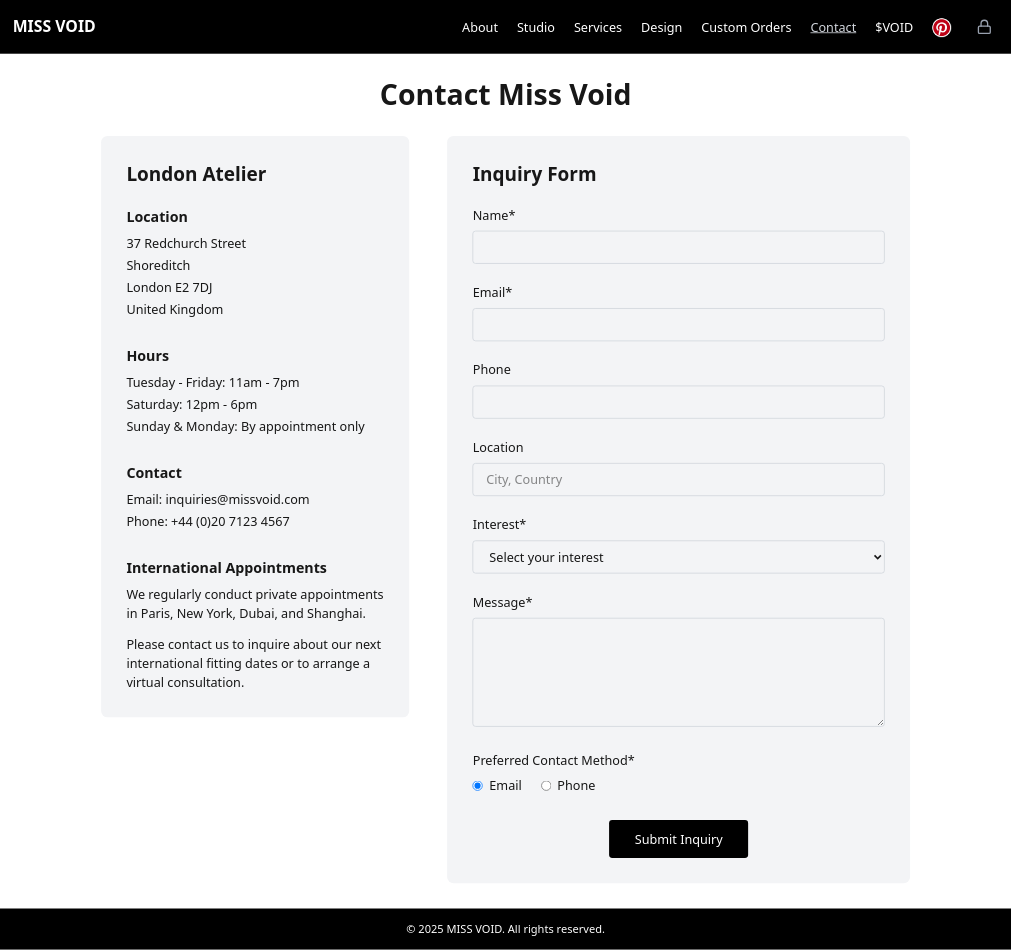
Repository: b0ase/missvoid2
Page: /contact
An editor plug-in stored every save of this project. The page is shown before and after the next save, followed by the edit.
The browser window is 1280 px wide. The pictures show the whole page, at 79% of full size.
The project was rebuilt for these pictures with package versions that can differ from the ones it lists, and the page was loaded fresh each time. The framework's server and built-in components were replaced by stand-ins that run in the browser. Also part of the build but not shown: next.config.js.

Above is the page before, as saved 2025-05-08 19:17:00.

After the next save:
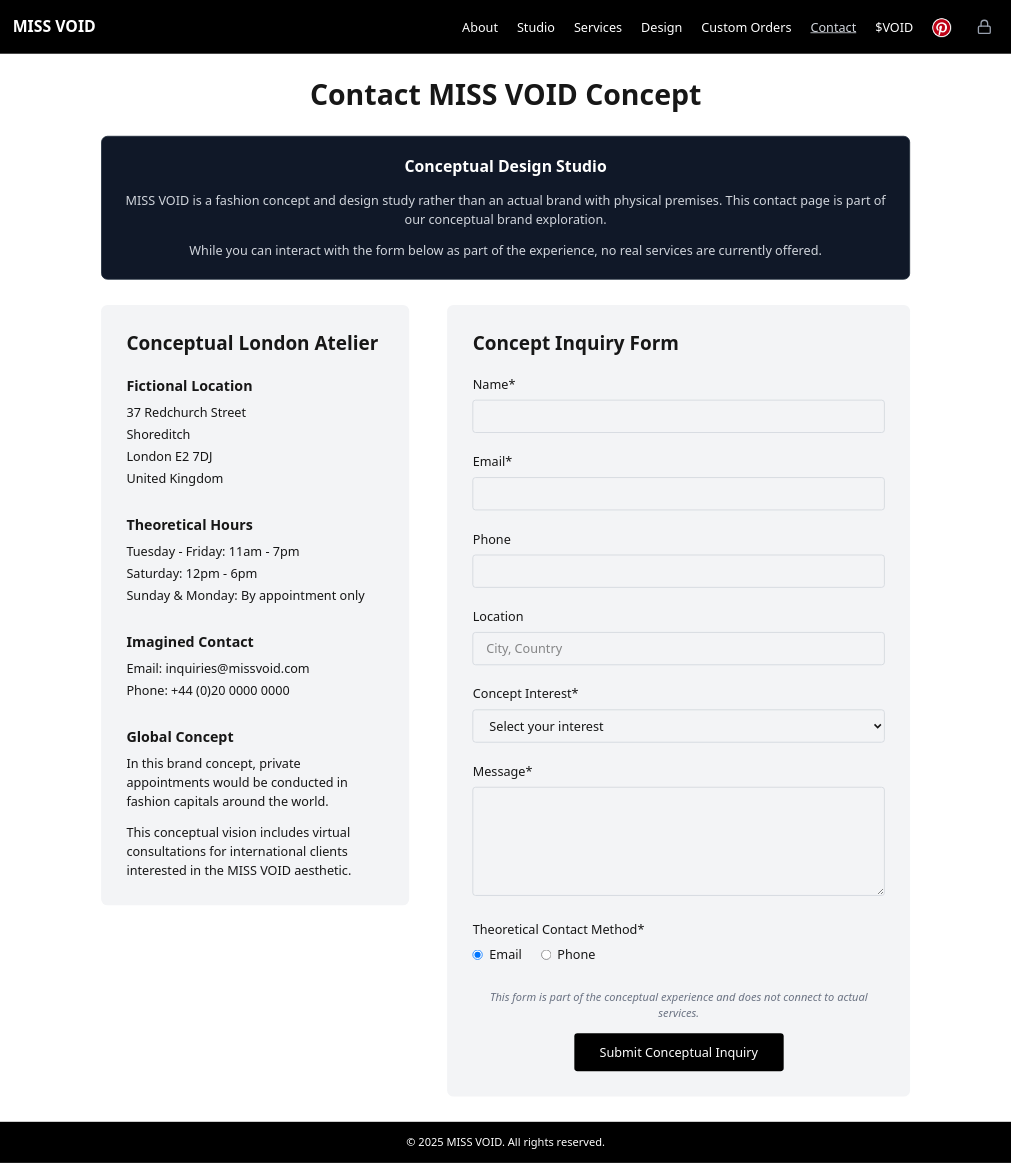
Saved 47 s later.
--- a/src/app/contact/page.tsx
+++ b/src/app/contact/page.tsx
@@ -33,16 +33,27 @@
 
   return (
     <div className="container mx-auto px-4 py-8">
-      <h1 className="text-4xl font-bold mb-8 text-center">Contact Miss Void</h1>
+      <h1 className="text-4xl font-bold mb-8 text-center">Contact MISS VOID Concept</h1>
 
       <div className="max-w-5xl mx-auto">
+        <div className="bg-gray-900 p-6 rounded-lg border border-gray-800 mb-8 text-center">
+          <h2 className="text-xl font-semibold mb-4 text-white">Conceptual Design Studio</h2>
+          <p className="text-gray-300 mb-4">
+            MISS VOID is a fashion concept and design study rather than an actual brand with physical premises.
+            This contact page is part of our conceptual brand exploration.
+          </p>
+          <p className="text-gray-300">
+            While you can interact with the form below as part of the experience, no real services are currently offered.
+          </p>
+        </div>
+
         <div className="flex flex-col md:flex-row gap-12">
           <div className="md:w-2/5">
             <div className="bg-gray-100 dark:bg-gray-900 p-8 rounded-lg">
-              <h2 className="text-2xl font-bold mb-6">London Atelier</h2>
+              <h2 className="text-2xl font-bold mb-6">Conceptual London Atelier</h2>
 
               <div className="mb-8">
-                <h3 className="text-lg font-semibold mb-2">Location</h3>
+                <h3 className="text-lg font-semibold mb-2">Fictional Location</h3>
                 <p className="mb-1">37 Redchurch Street</p>
                 <p className="mb-1">Shoreditch</p>
                 <p className="mb-1">London E2 7DJ</p>
@@ -50,25 +61,25 @@
               </div>
 
               <div className="mb-8">
-                <h3 className="text-lg font-semibold mb-2">Hours</h3>
+                <h3 className="text-lg font-semibold mb-2">Theoretical Hours</h3>
                 <p className="mb-1">Tuesday - Friday: 11am - 7pm</p>
                 <p className="mb-1">Saturday: 12pm - 6pm</p>
                 <p>Sunday & Monday: By appointment only</p>
               </div>
 
               <div className="mb-8">
-                <h3 className="text-lg font-semibold mb-2">Contact</h3>
+                <h3 className="text-lg font-semibold mb-2">Imagined Contact</h3>
                 <p className="mb-1">Email: inquiries@missvoid.com</p>
-                <p className="mb-1">Phone: +44 (0)20 7123 4567</p>
+                <p className="mb-1">Phone: +44 (0)20 0000 0000</p>
               </div>
 
               <div>
-                <h3 className="text-lg font-semibold mb-2">International Appointments</h3>
+                <h3 className="text-lg font-semibold mb-2">Global Concept</h3>
                 <p className="mb-4">
-                  We regularly conduct private appointments in Paris, New York, Dubai, and Shanghai.
+                  In this brand concept, private appointments would be conducted in fashion capitals around the world.
                 </p>
                 <p>
-                  Please contact us to inquire about our next international fitting dates or to arrange a virtual consultation.
+                  This conceptual vision includes virtual consultations for international clients interested in the MISS VOID aesthetic.
                 </p>
               </div>
             </div>
@@ -77,23 +88,23 @@
           <div className="md:w-3/5">
             {isSubmitted ? (
               <div className="bg-gray-100 dark:bg-gray-900 p-8 rounded-lg text-center">
-                <h2 className="text-2xl font-bold mb-4">Thank You</h2>
+                <h2 className="text-2xl font-bold mb-4">Concept Interaction</h2>
                 <p className="mb-6">
-                  Your inquiry has been received. A member of our team will be in touch with you shortly to discuss your interest in Miss Void.
+                  Thank you for engaging with our conceptual brand experience. In a real-world implementation of MISS VOID, your inquiry would be received by our design team.
                 </p>
                 <p className="mb-8">
-                  For urgent matters, please contact us directly at +44 (0)20 7123 4567.
+                  While this is a fictional brand study, we appreciate your interest in the concept.
                 </p>
                 <button
                   onClick={() => setIsSubmitted(false)}
                   className="bg-black text-white py-2 px-6 rounded hover:bg-gray-800 transition"
                 >
-                  Send Another Inquiry
+                  Return to Form
                 </button>
               </div>
             ) : (
               <div className="bg-gray-100 dark:bg-gray-900 p-8 rounded-lg">
-                <h2 className="text-2xl font-bold mb-6">Inquiry Form</h2>
+                <h2 className="text-2xl font-bold mb-6">Concept Inquiry Form</h2>
                 <form onSubmit={handleSubmit}>
                   <div className="mb-6">
                     <label htmlFor="name" className="block mb-2 font-medium">Name*</label>
@@ -147,7 +158,7 @@
                   </div>
 
                   <div className="mb-6">
-                    <label htmlFor="interest" className="block mb-2 font-medium">Interest*</label>
+                    <label htmlFor="interest" className="block mb-2 font-medium">Concept Interest*</label>
                     <select
                       id="interest"
                       name="interest"
@@ -157,12 +168,12 @@
                       className="w-full px-4 py-2 border border-gray-300 rounded focus:outline-none focus:ring-2 focus:ring-black dark:bg-gray-800 dark:border-gray-700"
                     >
                       <option value="">Select your interest</option>
-                      <option value="bespoke">Bespoke Commission</option>
+                      <option value="bespoke">Bespoke Concept</option>
                       <option value="ready-to-wear">Ready-to-Wear Collection</option>
                       <option value="performance">Performance/Theatrical Costume</option>
                       <option value="bridal">Alternative Bridal</option>
-                      <option value="restoration">Restoration Services</option>
-                      <option value="workshop">Private Workshop</option>
+                      <option value="restoration">Restoration Concept</option>
+                      <option value="workshop">Theoretical Workshop</option>
                       <option value="other">Other Inquiry</option>
                     </select>
                   </div>
@@ -181,7 +192,7 @@
                   </div>
 
                   <div className="mb-8">
-                    <p className="mb-2 font-medium">Preferred Contact Method*</p>
+                    <p className="mb-2 font-medium">Theoretical Contact Method*</p>
                     <div className="flex space-x-6">
                       <label className="flex items-center">
                         <input
@@ -209,11 +220,12 @@
                   </div>
 
                   <div className="text-center">
+                    <p className="text-gray-500 text-sm italic mb-4">This form is part of the conceptual experience and does not connect to actual services.</p>
                     <button
                       type="submit"
                       className="bg-black text-white py-3 px-8 rounded hover:bg-gray-800 transition"
                     >
-                      Submit Inquiry
+                      Submit Conceptual Inquiry
                     </button>
                   </div>
                 </form>
